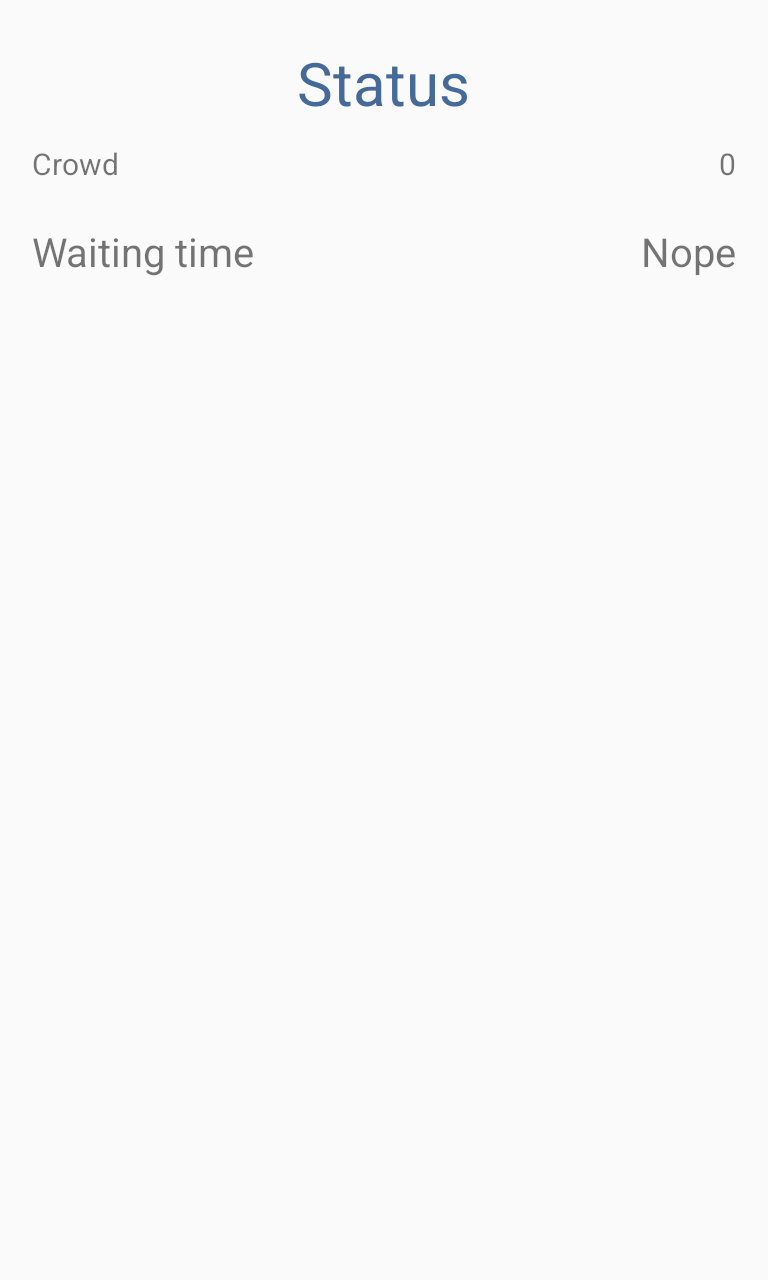
Repository: ag-chirag/brainwaves_enigma
Layout: mobile/Brainwaves/QLess/res/layout/activity_status.xml
An editor plug-in stored every save of this project. The layout is shown before and after the next save, followed by the edit.
It is drawn on a 768 x 1280 px phone screen (xhdpi) without system bars, with theme AppTheme; the app's code is not run.

Above is the layout before, as saved 2014-11-08 18:04:25.

### mobile/Brainwaves/QLess/res/layout/activity_status.xml
<RelativeLayout xmlns:android="http://schemas.android.com/apk/res/android"
    xmlns:tools="http://schemas.android.com/tools"
    android:layout_width="match_parent"
    android:layout_height="match_parent"
    android:paddingBottom="@dimen/activity_vertical_margin"
    android:paddingLeft="@dimen/activity_horizontal_margin"
    android:paddingRight="@dimen/activity_horizontal_margin"
    android:paddingTop="@dimen/activity_vertical_margin"
    tools:context="com.example.qless.StatusActivity" >

    <TextView
       	android:layout_width="wrap_content"
       	android:layout_height="wrap_content"
       	android:id="@+id/textview1"
       	android:text="@string/status"
       	android:layout_marginTop="5dp"
       	android:layout_centerHorizontal="true"
       	android:textColor="@color/blue"
        android:textSize="30sp"
        />

    <TextView
       	android:layout_width="wrap_content"
       	android:layout_height="wrap_content"
       	android:id="@+id/textview2"
       	android:text="@string/crowd"
       	android:layout_below="@+id/textview1"
       	android:layout_marginTop="10dp"
       	android:gravity="left"
        android:textSize="15sp"
        />

    <TextView
        android:layout_width="wrap_content"
        android:layout_height="wrap_content"
        android:id="@+id/customer_number"
        android:text="0"
        android:layout_below="@+id/textview1"
        android:layout_alignParentRight="true"
        android:layout_marginTop="10dp"
        android:gravity="right"
        android:textSize="15sp"
        />

    <TextView
       	android:layout_width="wrap_content"
       	android:layout_height="wrap_content"
       	android:id="@+id/textview3"
       	android:text="@string/time"
       	android:layout_below="@+id/textview2"
       	android:layout_marginTop="20dp"
       	android:gravity="left"
        android:textSize="20sp"
        />

    <TextView
        android:layout_width="wrap_content"
        android:layout_height="wrap_content"
        android:id="@+id/time_left"
        android:text="Nope"
        android:layout_below="@+id/textview2"
        android:layout_alignParentRight="true"
        android:layout_marginTop="20dp"
        android:gravity="right"
        android:textSize="20sp"
        />

</RelativeLayout>

### mobile/Brainwaves/QLess/res/values/string.xml
<?xml version="1.0" encoding="utf-8"?>
<resources>
    <string name="live_score_url"></string>
    <string name="get_match_leaderboard_url">c</string>
	<string name="app_name">QLess</string>
    <string name="todo">TODO</string>
    <string name="email_hint">Email</string>
    <string name="pwd_hint">Password</string>
    <string name="btn_name">Login</string>
    <string name="signup">Signup</string>
    <string name="accnt">Login</string>
    <string name="name">Name</string>
    <string name="signup_heading">LogIn!</string>
    <string name="notification">Push Notifications</string>
    <string name="choose_bank">Choose a Bank</string>
    <string name="status">Status</string>
    <string name="crowd">Crowd</string>
    <string name="time">Waiting time</string>
</resources>

### mobile/Brainwaves/QLess/res/values/color.xml
<?xml version="1.0" encoding="utf-8"?>
<resources>

    <color name="blue">#446a99</color>
    <color name="red">#FF0000</color>
    <color name="black">#000000</color>
    <color name="green">#138808</color>
    <color name="bar">#ff0000</color>
    <color name="white">#fff</color>
    <color name="gray">#eeeeee</color>
    <color name="grey">	#CECECE</color>
    <color name="splash_bg">#eb5115</color>
        <color name="disable">#ccc</color>

    <color name="light_gray">#eeeeee</color>
    <color name="dark_gray">#424244</color>
    <color name="sirius_black">#000000</color>
    <color name="app_color">#ff8033</color>
    <color name="dashboard_bar">#ff8033</color>
    <color name="fixture_title">#000000</color>
    <color name="fixture_teams">#000</color>
    <color name="fixture_status">#000</color>
    <color name="score">#000</color>
    <color name="bar_sel">#ffa233</color>
    <color name="transparent_100">#FF000000</color>
    <color name="transparent_95">#F2000000</color>
    <color name="transparent_90">#E6000000</color>
    <color name="transparent_85">#D9000000</color>
    <color name="transparent_80">#CC000000</color>
    <color name="transparent_75">#BF000000</color>
    <color name="transparent_70">#B3000000</color>
    <color name="transparent_65">#A6000000</color>
    <color name="transparent_60">#99000000</color>
    <color name="transparent_55">#8C000000</color>
    <color name="transparent_50">#80000000</color>
    <color name="transparent_45">#73000000</color>
    <color name="transparent_40">#66000000</color>
    <color name="transparent_35">#59000000</color>
    <color name="transparent_30">#4D000000</color>
    <color name="transparent_25">#40000000</color>
    <color name="transparent_20">#33000000</color>
    <color name="transparent_15">#26000000</color>
    <color name="transparent_10">#1A000000</color>
    <color name="transparent_">#0D000000</color>
    <color name="transparent_0">#00000000</color>
    <color name="dashboard_bg">#eeeeee</color>
    <color name="circle_dashbord_count">#333333</color>
    <color name="live">#cc1111</color>
    <color name="no_matches_sel">#424244</color>
    <color name="no_matches_def">#333333</color>
    <color name="no_matches">#999999</color>
    <color name="bar_header">#2f74a7</color>
    <color name="chart_won">#2f74a7</color>
    <color name="chart_lost">#cc1111</color>
    <color name="chart_tie">#e04a3b</color>
    <color name="achievement">#3d96d8</color>
    <color name="player_name_solo">#ed5114</color>
    <color name="hrr">#333333</color>
    <color name="h_h_header">#666666</color>
    <color name="h_h_text">#333333</color>
    <color name="app_green">#779f38</color>
        <color name="transparent_50_app_color">#80ff8033</color>

</resources>

Loaded but not shown: mobile/Brainwaves/QLess/res/values/styles.xml (common file); mobile/Brainwaves/QLess/res/values-v11/styles.xml (common file); mobile/Brainwaves/QLess/res/values-v14/styles.xml (common file); mobile/Brainwaves/QLess/res/values/dimens.xml (common file); mobile/Brainwaves/QLess/res/values-w820dp/dimens.xml (common file)

After the next save:
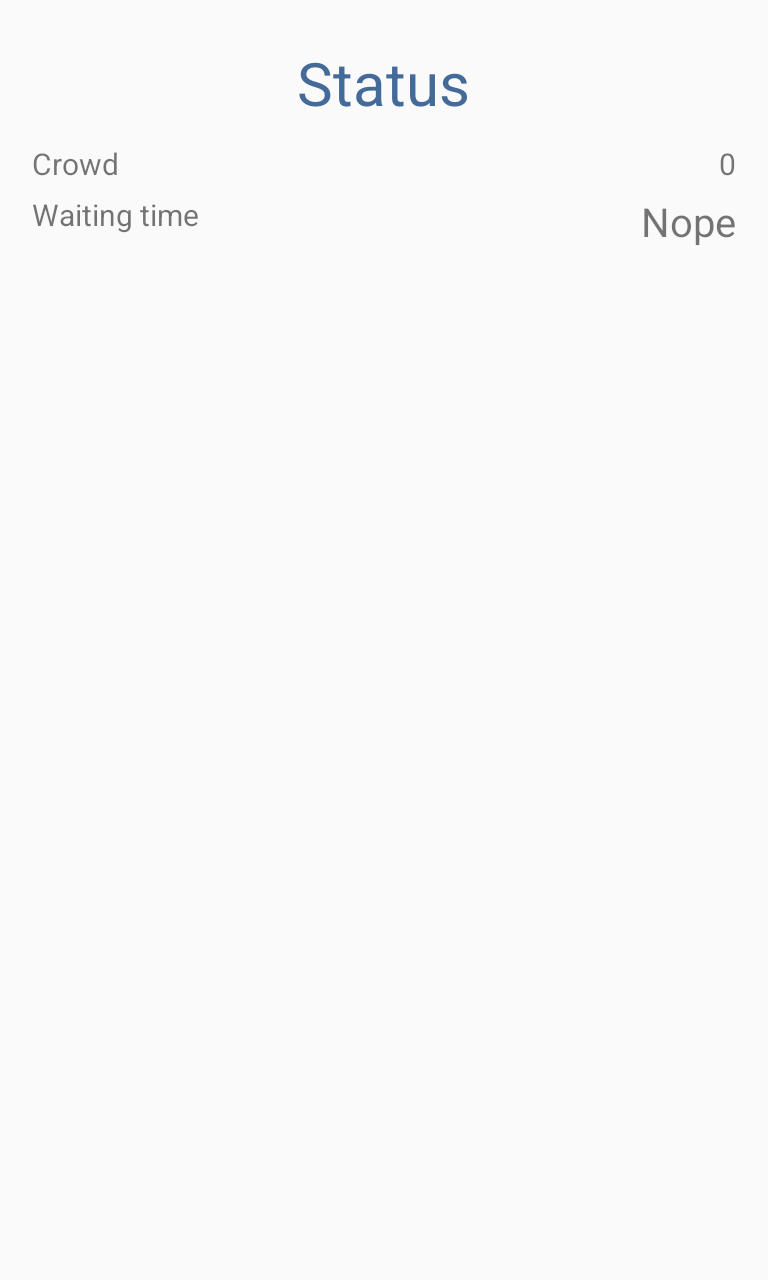
Saved 28 s later.
--- a/mobile/Brainwaves/QLess/res/layout/activity_status.xml
+++ b/mobile/Brainwaves/QLess/res/layout/activity_status.xml
@@ -48,9 +48,9 @@
        	android:id="@+id/textview3"
        	android:text="@string/time"
        	android:layout_below="@+id/textview2"
-       	android:layout_marginTop="20dp"
+       	android:layout_marginTop="5dp"
        	android:gravity="left"
-        android:textSize="20sp"
+        android:textSize="15sp"
         />
 
     <TextView
@@ -60,7 +60,7 @@
         android:text="Nope"
         android:layout_below="@+id/textview2"
         android:layout_alignParentRight="true"
-        android:layout_marginTop="20dp"
+        android:layout_marginTop="5dp"
         android:gravity="right"
         android:textSize="20sp"
         />
